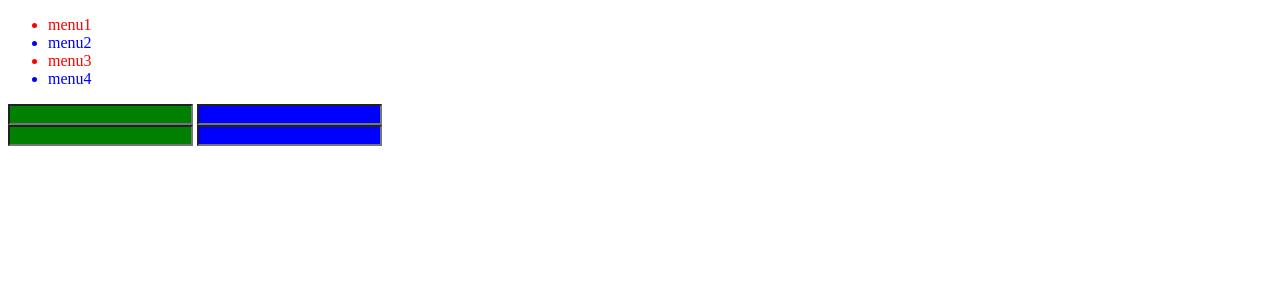
Repository: LucestDail/WebEclipse-Workspace
Page: htmlProject/WebContent/cssEx3.html
These files come from the project's save history. The page is drawn as it stood at one moment and after the next save; the edit follows.
The browser window is 1280 px wide. The pictures show the whole page.

Above is the page before, as saved 2020-11-06 05:16:01.

After the next save:
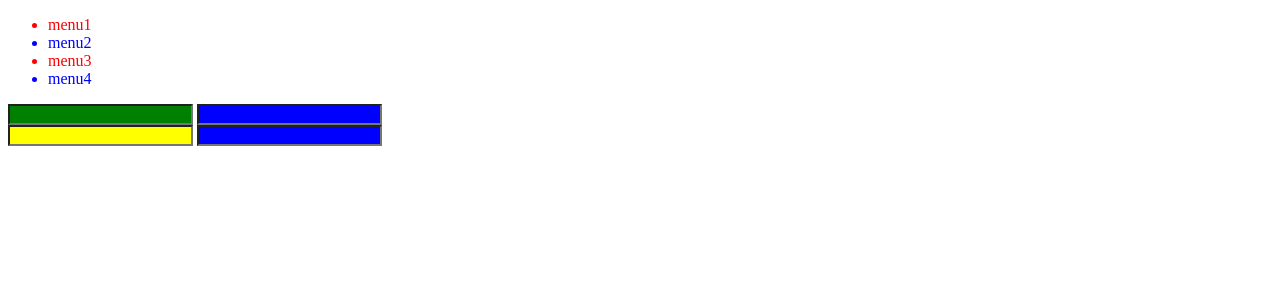
Saved 74 s later.
--- a/htmlProject/WebContent/cssEx3.html
+++ b/htmlProject/WebContent/cssEx3.html
@@ -32,7 +32,7 @@
 <form>
 	<input type = "text">
 	<input type = "password"><br>
-	<input type = "text" id = "yelow">
+	<input type = "text" id = "yellow">
 	<input type = "password"><br>
 </form>
 </body>
